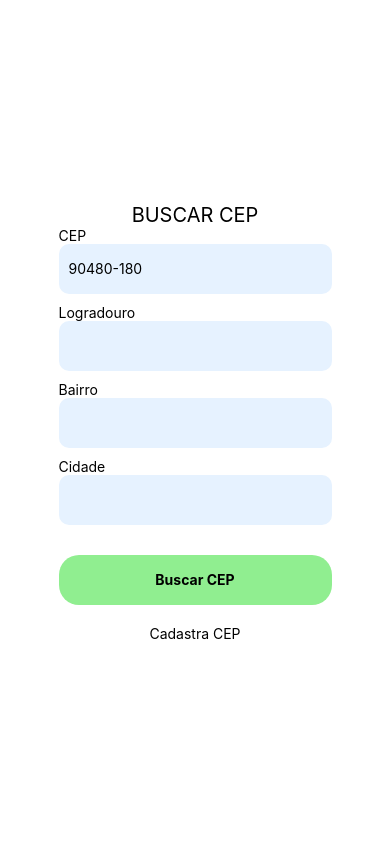
Repository: GustavoMSevero/registerCep
Page: /
The author's editor kept a copy of each file at every save. The page is drawn from the files as they stood at one save, then again after the next save.
The browser window is 390 px wide. The pictures show the whole page.
The app was drawn by React Native's web renderer in a window 390 px wide. The project was rebuilt for these pictures with package versions that can differ from the ones it lists, and the page was loaded fresh each time.

Above is the page before, as saved 2024-09-16 13:55:04.

### App.js
import axios from 'axios';
import { StatusBar } from 'expo-status-bar';
import { useState } from 'react';
import { StyleSheet, Text, View, TextInput, TouchableOpacity } from 'react-native';

export default function App() {

  const [cep, setCep] = useState(null)
  const [logradouro, setLogradouro] = useState(null)
  const [bairro, setBairro] = useState(null)
  const [localidade, setLocalidade] = useState(null)
  const [uf, setUF] = useState(null)

  async function getCep() {
    let response = await fetch(`https://viacep.com.br/ws/${cep}/json/`);
    let body = await response.json();

    setLogradouro(body.logradouro);
    setBairro(body.bairro);
    setLocalidade(body.localidade);
    setUF(body.uf);

  }

  return (
    <View style={styles.container}>
      <Text style={styles.title}>BUSCAR CEP</Text>
      <View style={styles.viewInput}>
        <Text>CEP</Text>
        <TextInput
          style={styles.input}
          keyboardType='number'
          placeholder='90480-180'
          onChangeText={(number) => setCep(number)}
          value={cep}
        />
      </View>
      <View style={styles.viewInput}>
        <Text>Logradouro</Text>
        <TextInput
          style={styles.input}
          value={logradouro}
        />
      </View>
      <View style={styles.viewInput}>
        <Text>Bairro</Text>
        <TextInput
          style={styles.input}
          value={bairro}
        />
      </View>
      <View style={styles.viewInput}>
        <Text>Cidade</Text>
        <TextInput
          style={styles.input}
          value={localidade}
        />
      </View>
        <TouchableOpacity
          style={styles.button}
          onPress={getCep}
        >
          <Text style={styles.textButton}>Buscar CEP</Text>
        </TouchableOpacity>
        <TouchableOpacity
          style={styles.buttonCadastra}
          onPress={getCep}
        >
          <Text style={styles.textButtonCadastra}>Cadastra CEP</Text>
        </TouchableOpacity>
      <StatusBar style="auto" />
    </View>
  );
}

const styles = StyleSheet.create({
  title: {
    fontSize: 20,
  },
  container: {
    flex: 1,
    backgroundColor: '#fff',
    alignItems: 'center',
    justifyContent: 'center',
  },
  viewInput: {
    width: "70%",
  },
  input: {
    backgroundColor: "#e6f2ff",
    width: "100%",
    height: 50,
    marginBottom: 10,
    borderRadius: 10,
    paddingLeft: 10,
  },
  button: {
    marginTop: 20,
    marginBottom: 20,
    backgroundColor: "lightgreen",
    width: "70%",
    alignItems: "center",
    justifyContent: "center",
    height: 50,
    borderRadius: 20,
  },
  textButton: {
    fontWeight: "bold",
  }
});

After the next save:
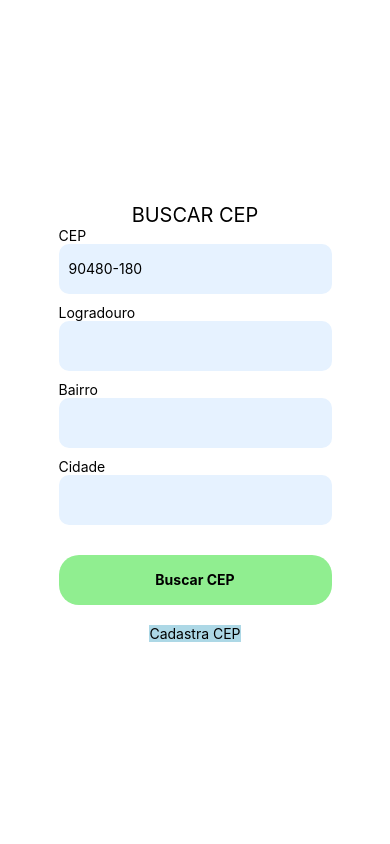
Saved 45 s later.
--- a/App.js
+++ b/App.js
@@ -106,5 +106,8 @@ const styles = StyleSheet.create({
   },
   textButton: {
     fontWeight: "bold",
+  },
+  buttonCadastra: {
+    backgroundColor: "lightblue",
   }
 });
